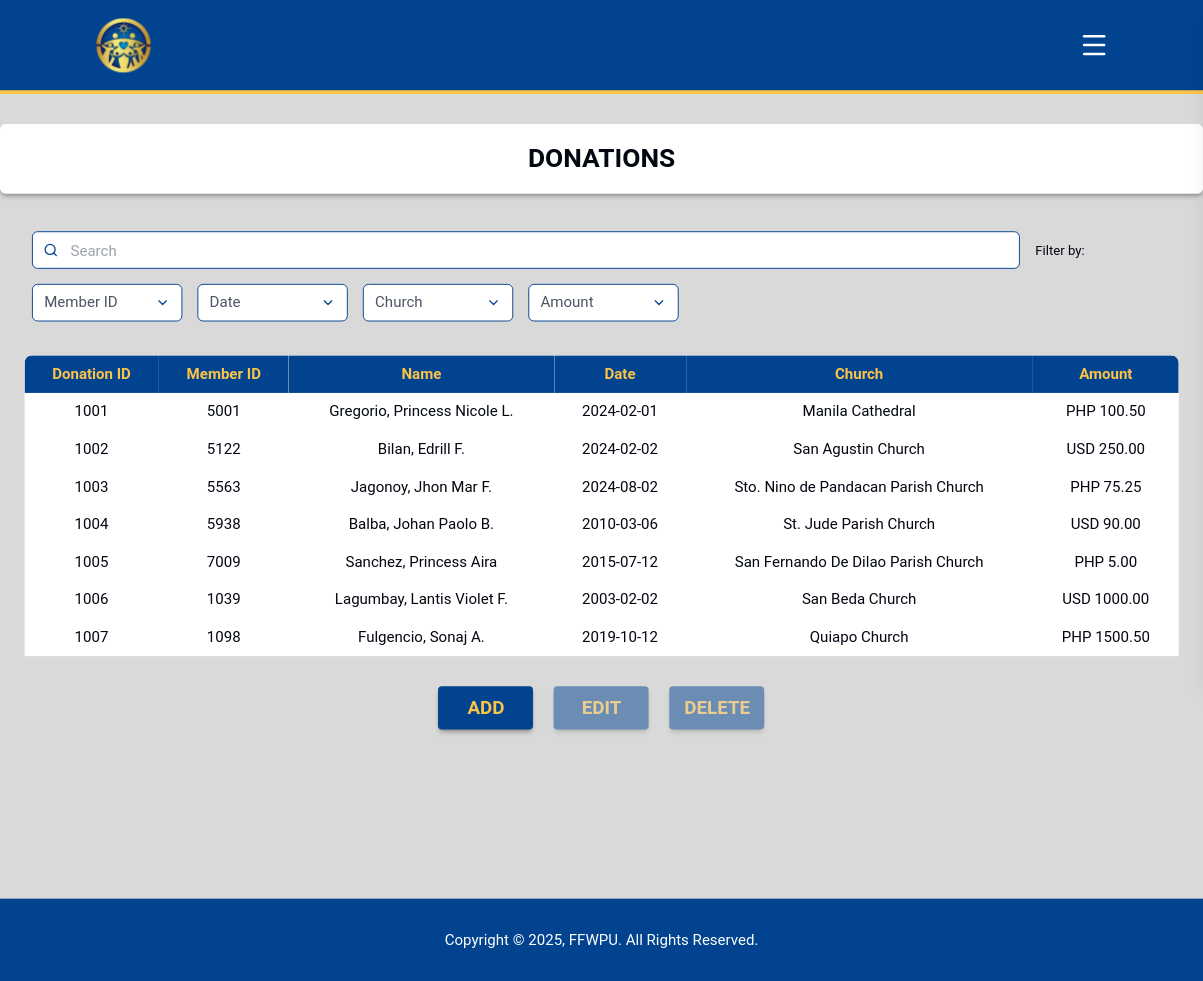
Repository: CoderTofu/FFWPU_System
Page: /donation
An editor plug-in stored every save of this project. The page is shown before and after the next save, followed by the edit.
The browser window is 1280 px wide. The pictures show the whole page, at 94% of full size.
The project was rebuilt for these pictures with package versions that can differ from the ones it lists, and the page was loaded fresh each time. The framework's server and built-in components were replaced by stand-ins that run in the browser. Also part of the build but not shown: next.config.ts, src/components/NavbarPublic.tsx, src/components/FooterPublic.tsx, src/lib/utils.ts, src/components/ui/dialog.tsx, src/components/ui/button.tsx, src/components/Modal.tsx.

Above is the page before, as saved 2025-03-07 07:56:16.

After the next save:
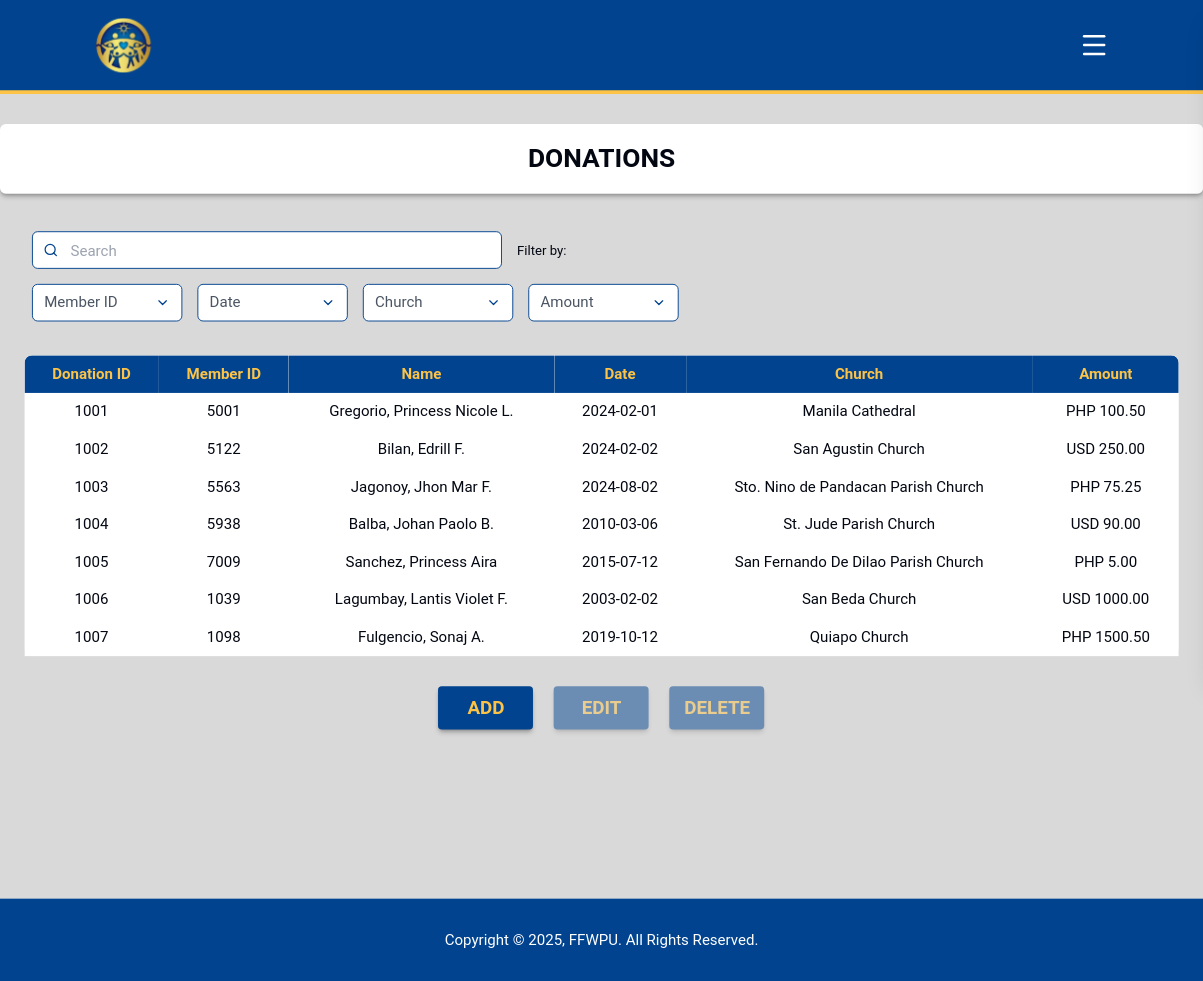
Saved 6 s later.
--- a/src/components/DonationModals.tsx
+++ b/src/components/DonationModals.tsx
@@ -54,7 +54,7 @@
 
   return (
     <div className="flex flex-wrap items-center gap-4 w-full">
-      <div className="relative flex-shrink-0 flex-grow min-w-[250px] sm:w-[300px] md:w-[350px] lg:w-[500px]">
+      <div className="relative flex-shrink-0 min-w-[250px] sm:w-[300px] md:w-[350px] lg:w-[500px]">
         <Search className="absolute left-3 top-1/2 transform -translate-y-1/2 w-4 h-4 text-[#01438F]" />
         <input
           className="w-full h-10 pl-10 border border-[#01438F] rounded-md outline-none"
